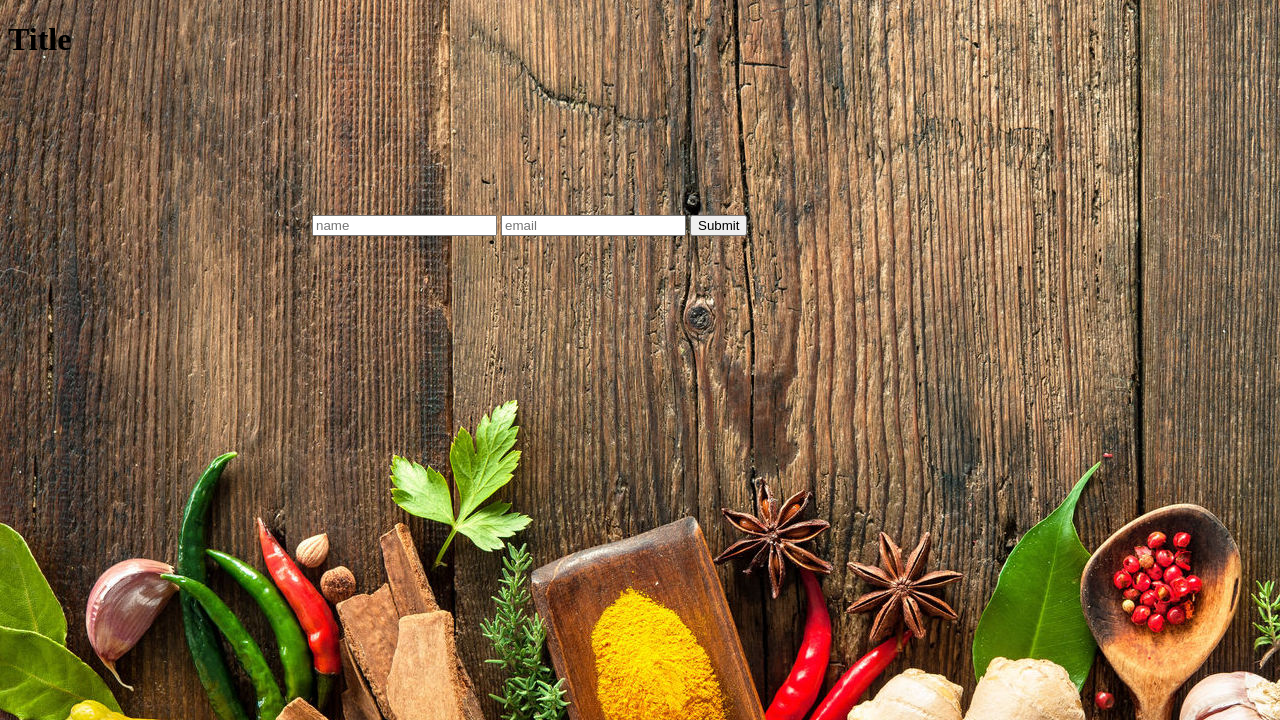
Repository: 43320888/upwork
Page: index.html
An editor plug-in stored every save of this project. The page is shown before and after the next save, followed by the edit.
The browser window is 1280 px wide. The pictures show the whole page.

Above is the page before, as saved 2019-01-16 12:31:21.

### index.html
<!DOCTYPE html>
<html lang="en">
<head>
	<meta charset="UTF-8">
	<meta name="viewport" content="width=device-width, initial-scale=1.0">
	<meta http-equiv="X-UA-Compatible" content="ie=edge">
	<link rel="stylesheet" href="style.css">
	<script src="script.js"></script>
	<title>Spin wheel</title>
</head>
<body class="spin-table">
	<div>
		<h1>Title</h1>
		<canvas></canvas>
		<input type="text" placeholder="name">
		<input type="text" placeholder="email">
		<input type="submit" placeholder="submit">
	</div>
</body>
</html>

### style.css
.spin-table {
	height: 100%;
	background: #000;
	background-image: url(images/Covers.jpg);
}
/*.spin-table > div {
	margin-left: 50%;
}*/

Loaded but not shown: script.js (no stored copy; drawn as an empty file)

After the next save:
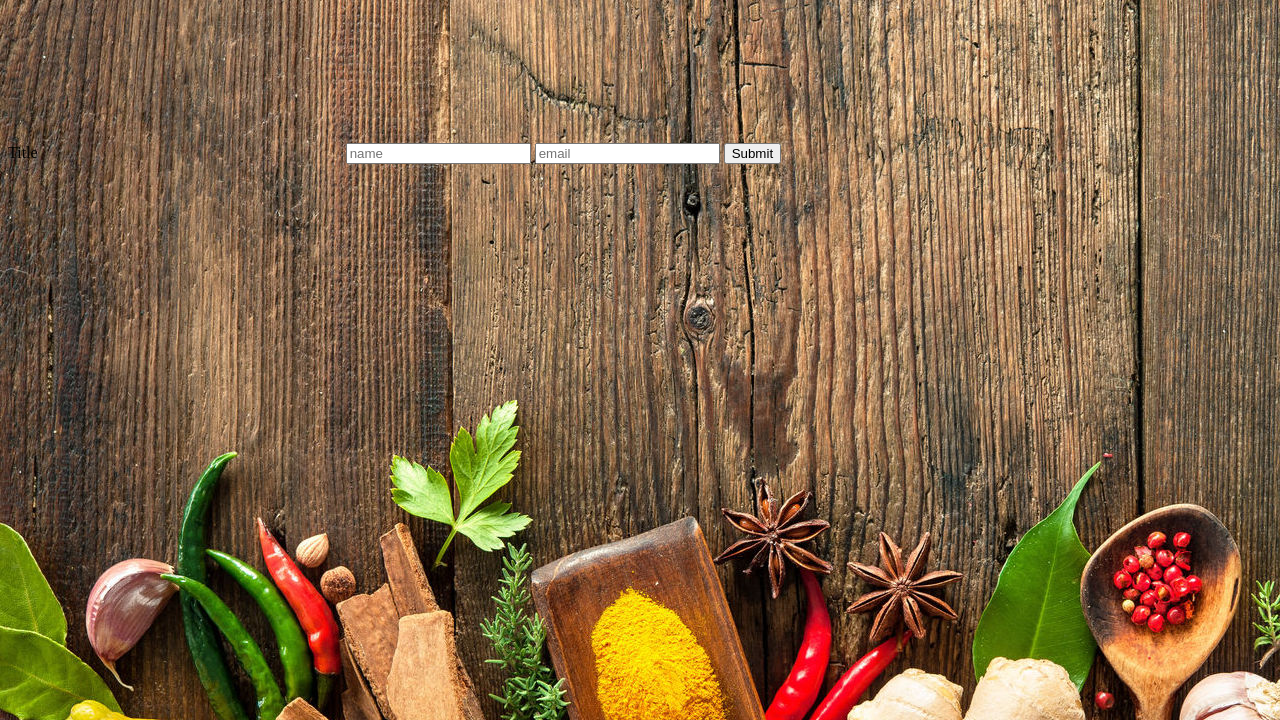
Saved 50 s later.
--- a/index.html
+++ b/index.html
@@ -10,7 +10,7 @@
 </head>
 <body class="spin-table">
 	<div>
-		<h1>Title</h1>
+		<span>Title</span>
 		<canvas></canvas>
 		<input type="text" placeholder="name">
 		<input type="text" placeholder="email">
